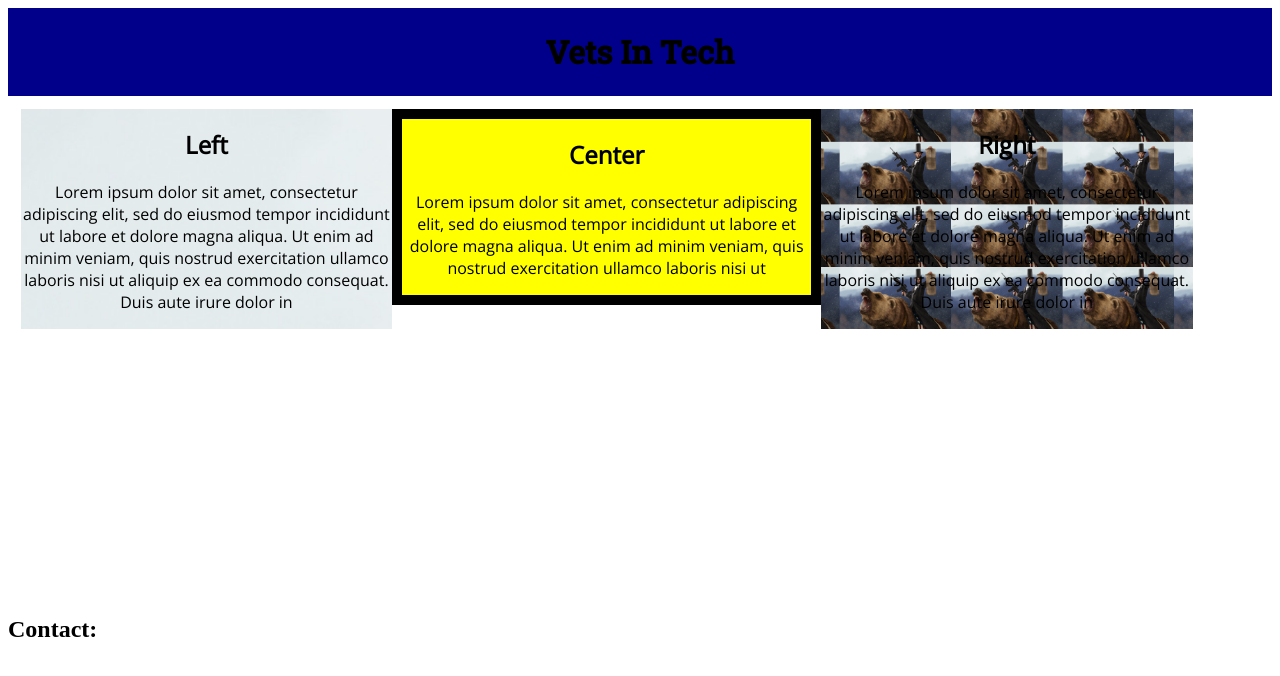
Repository: 3EyEdRav3n/10-2020-cohort-course
Page: week-1/Week-1 Assignment/index.html
An editor plug-in stored every save of this project. The page is shown before and after the next save, followed by the edit.
The browser window is 1280 px wide. The pictures show the whole page.

Above is the page before, as saved 2020-11-01 21:23:44.

After the next save:
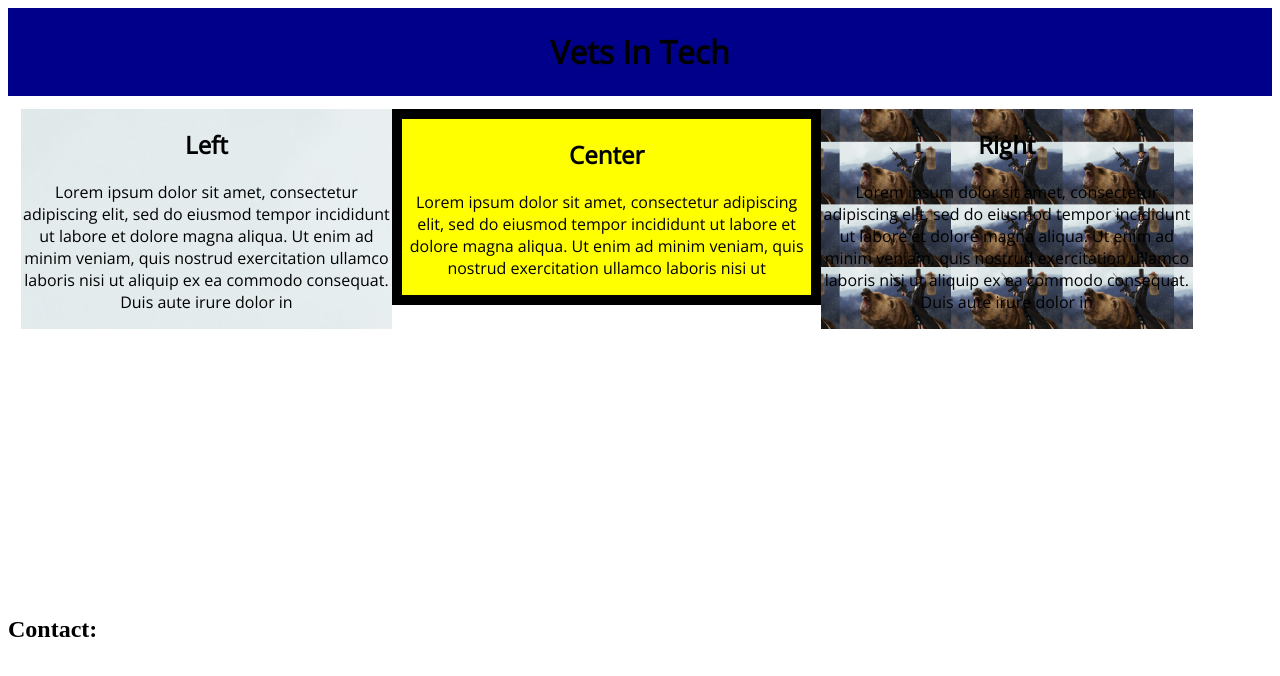
Saved 72 s later.
--- a/week-1/Week-1 Assignment/styles.css
+++ b/week-1/Week-1 Assignment/styles.css
@@ -34,16 +34,8 @@
         background-image: url("/images/lincoln.jpg");
         background-position: bottom center;
         background-size: 30%;
+}
 
-.footer{
-        clear: both;
-        font-family: 'Roboto Slab', serif;
-        background-color: darkcyan;
-        text-align: center;
-        height: 50px;
-        padding-top: 10px;
-        box-sizing: border-box;
-}
 
 
 h1 {
